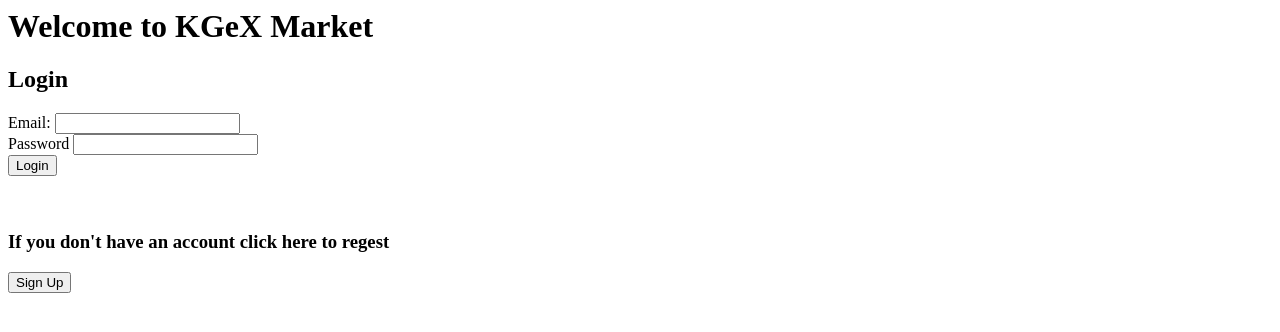
Repository: Keko1/market
Page: http://localhost/Market/LoginController
The author's editor kept a copy of each file at every save. The page is drawn from the files as they stood at one save, then again after the next save.
The browser window is 1280 px wide. The pictures show the whole page.
The page is served by Tomcat 9. Queries for data that is not in the repository find no rows.

Above is the page before, as saved 2021-02-10 13:35:01.

After the next save:
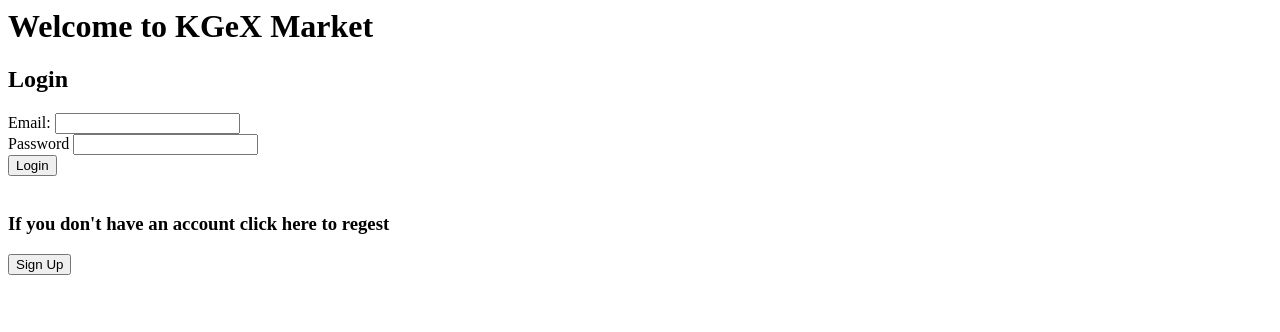
Saved 108 s later.
--- a/Market/WebContent/login.jsp
+++ b/Market/WebContent/login.jsp
@@ -14,7 +14,7 @@
   		  <input class="input" type="password" id="pass" name="pass"><br>
   		  <button class="btn btn-success" type="submit">Login</button><br>
 
-  		  <br><br>
+  		  <br>
   		  <h3>If you don't have an account click here to regest </h3>
   		  	<input type=button onClick="location.href='\home.jsp'" value='Sign Up'>
 </body>
